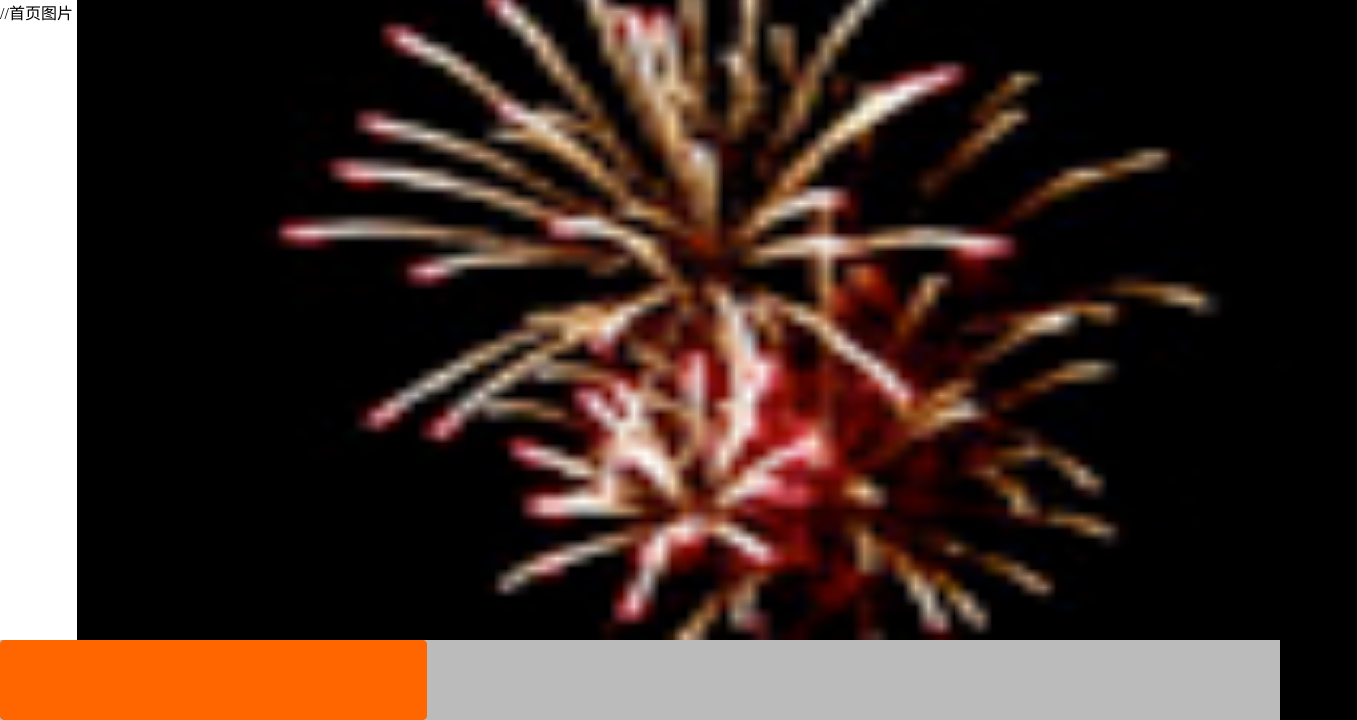
Repository: wangxinjun08231116/Html5Views
Page: WangXinJun/WebContent/htmls/QCF/shouye.html
These files come from the project's save history. The page is drawn as it stood at one moment and after the next save; the edit follows.
The browser window is 1280 px wide. The page is 1357 px wide, then 1280 px, so the pictures cover 1357 px, including what lies to the right of the window. The pictures show the whole page.

Above is the page before, as saved 2015-01-21 02:14:15.

After the next save:
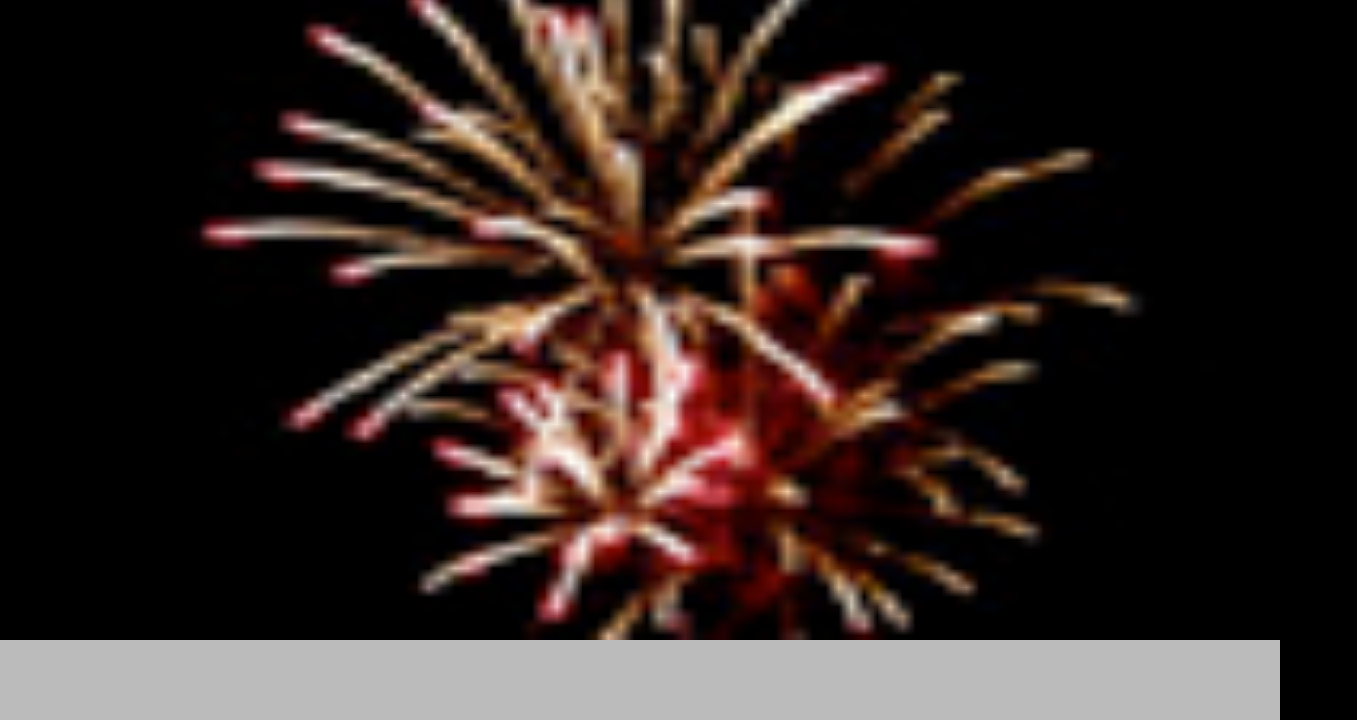
Saved 53 s later.
--- a/WangXinJun/WebContent/htmls/QCF/shouye.html
+++ b/WangXinJun/WebContent/htmls/QCF/shouye.html
@@ -9,16 +9,10 @@
 
 <body>
 <div class="container" >
-        //首页图片
         <img class = "image" src="/WangXinJun/images/js06/thumbnail_fireworks.jpg" >
         //
         <div class="btContainer" >
 
-		<div class="submit-div" >
-		</div>
-		<div class="submit-div" >
-		</div>
-		<div class="submit-div" >
 		</div>
 
 </div>
